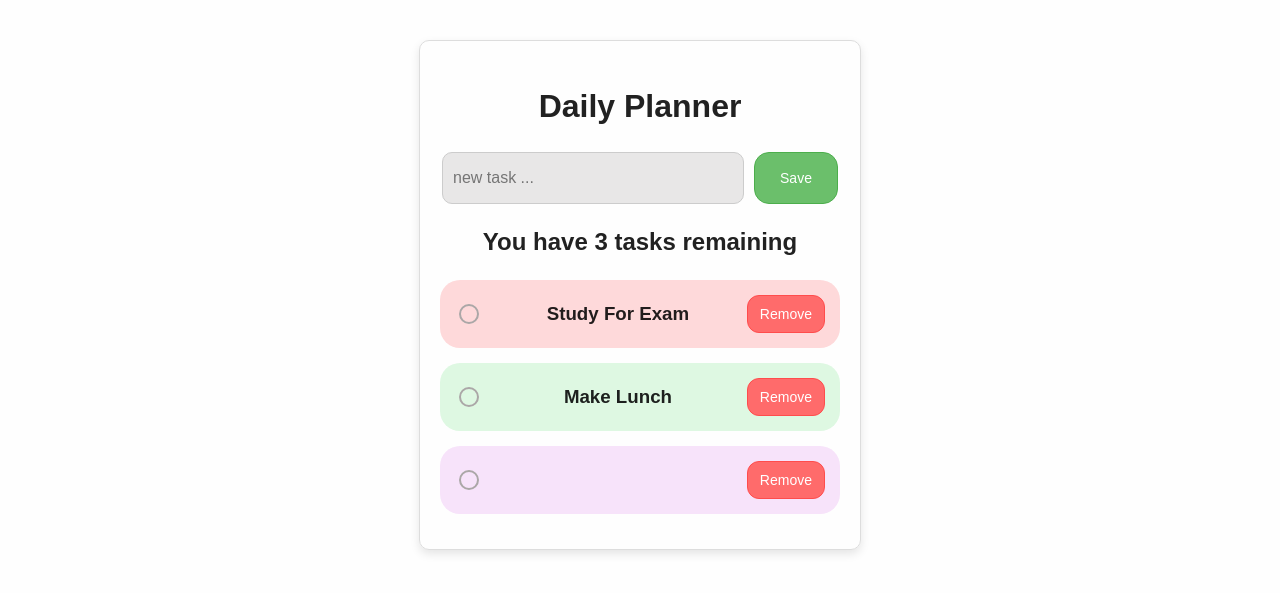
Repository: Zalida-Khan/Frontend-Lab4
Page: /
An editor plug-in stored every save of this project. The page is shown before and after the next save, followed by the edit.
The browser window is 1280 px wide. The pictures show the whole page.
The project was rebuilt for these pictures with package versions that can differ from the ones it lists, and the page was loaded fresh each time. Also part of the build but not shown: vite.config.js.

Above is the page before, as saved 2024-10-22 01:14:35.

### index.html
<!doctype html>
<html lang="en">

<head>
  <meta charset="UTF-8" />
  <link rel="icon" type="image/svg+xml" href="/vite.svg" />
  <meta name="viewport" content="width=device-width, initial-scale=1.0" />
  <title>Day Planner</title>
</head>

<body>
  <div id="root"></div>
  <script type="module" src="/src/main.jsx"></script>
</body>

</html>

### src/App.jsx
import "./App.css";
import React, { useState } from "react";
import Task from "./components/Task";
import TaskForm from "./components/TaskForm";

function App() {
  const [tasks, setTasks] = useState([
    { id: 1, text: "Study For Exam", completed: false },
    { id: 2, text: "Make Lunch", completed: false },
    { id: 3, text: "", completed: false },
  ]);

  const addTask = (text) =>
    setTasks([...tasks, { id: Date.now(), text, completed: false }]);

  const toggleTask = (id) =>
    setTasks(
      tasks.map((task) =>
        task.id === id ? { ...task, completed: !task.completed } : task
      )
    );

  const removeTask = (id) => setTasks(tasks.filter((task) => task.id !== id));

  const remainingTasks = tasks.filter((task) => !task.completed).length;

  return (
    <div className="app">
      <header>
        <h1>Daily Planner</h1>
      </header>
      <TaskForm addTask={addTask} />
      <h2>You have {remainingTasks} tasks remaining</h2>
      <div className="task-list">
        {tasks.map((task) => (
          <Task
            key={task.id}
            task={task}
            toggleTask={toggleTask}
            removeTask={removeTask}
          />
        ))}
      </div>
    </div>
  );
}

export default App;

### src/index.css
:root {
  font-family: Inter, system-ui, Avenir, Helvetica, Arial, sans-serif;
  line-height: 1.5;
  font-weight: 400;

  color-scheme: light dark;
  color: rgba(0, 0, 0, 0.87);
  background-color: #fefefe;

  font-synthesis: none;
  text-rendering: optimizeLegibility;
  -webkit-font-smoothing: antialiased;
  -moz-osx-font-smoothing: grayscale;
}

### src/App.css
#root {
  max-width: 1280px;
  margin: 0 auto;
  padding: 2rem;
  text-align: center;
}

.app {
  width: 400px;
  margin: 0 auto;
  padding: 20px;
  font-family: Arial, sans-serif;
  border: 1px solid #ddd;
  border-radius: 10px;
  box-shadow: 0 4px 10px rgba(0, 0, 0, 0.1);
}

.task-list {
  margin-top: 20px;
}

.task {
  display: flex;
  align-items: center;
  justify-content: space-between;
  margin-bottom: 15px;
  padding: 15px;
  border-radius: 20px;
}

.task:nth-child(6n+1) {
  background-color: #fed9da;
}

.task:nth-child(6n+2) {
  background-color: #def8e2;
}

.task:nth-child(6n+3) {
  background-color: #f7e3fa;
}

.task:nth-child(6n+4) {
  background-color: #ffe5db;
}

.task:nth-child(6n+5) {
  background-color: #fafcd4;
}

.task:nth-child(6n) {
  background-color: #dde0fa;
}

.task h3 {
  margin: 0;
  flex-grow: 1;
  text-decoration: none;
}

.task.completed h3 {
  text-decoration: line-through;
}

.checkmark {
  appearance: none;
  width: 20px;
  height: 20px;
  border-radius: 50%;
  border: 2px solid #aba7a7;
  background-color: transparent;
  display: flex;
  align-items: center;
  justify-content: center;
  cursor: pointer;
  margin-right: 10px;
}

.checkmark:checked {
  background-color: #d1e7dd;
  border: 2px solid #198754;
}

.checkmark:checked::after {
  content: '✓';
  color: rgb(0, 0, 0)
}

.delete-btn {
  padding: 10px 12px;
  border-radius: 12px;
  background-color: #ff6b6b;
  border: 1px solid #ff4c4c;
  color: white;
  cursor: pointer;
  font-size: 14px;
  transition: background-color 0.3s, transform 0.2s;
}

.delete-btn:hover {
  background-color: #ff4c4c;
  transform: scale(1.05);
}

.save-btn {
  padding: 17px 25px;
  border-radius: 15px;
  background-color: #6bbf6b;
  border: 1px solid #4cae4c;
  color: white;
  cursor: pointer;
  font-size: 14px;
  transition: background-color 0.3s, transform 0.2s;
}

.save-btn:hover {
  background-color: #4cae4c;
  transform: scale(1.05);
}

.input-field {
  width: 70%;
  height: 30px;
  padding: 10px;
  border-radius: 10px;
  background-color: #e8e7e7;
  margin-right: 10px;
  border: 1px solid #ccc;
  font-size: 16px;
  outline: none;
  color: black;
  transition: border-color 0.3s;
}

.input-field:focus {
  border-color: #000000;
}

.save-btn {
  padding: 17px 25px;
  border-radius: 15px;
  background-color: #6bbf6b;
  transition: background-color 0.3s, transform 0.2s;
}

.save-btn:hover {
  background-color: #4cae4c;
  transform: scale(1.05);
}

### src/components/Task.jsx
import React from 'react';

function Task({ task, toggleTask, removeTask }) {
  return (
    <div className={`task ${task.completed ? 'completed' : ''}`}>
      <input className="checkmark" type="checkbox" checked={task.completed} onChange={() => toggleTask(task.id)} />
      <h3>{task.text}</h3>
      <button className="delete-btn" onClick={() => removeTask(task.id)}>Remove</button>
    </div>
  );
}

export default Task;

### src/components/TaskForm.jsx
import React, { useState } from 'react';

function TaskForm({ addTask }) {
  const [text, setText] = useState('');

  const handleSubmit = (e) => {
    e.preventDefault();
    if (text.trim()) {
      addTask(text);
      setText('');
    }
  };

  return (
    <form onSubmit={handleSubmit}>
      <input className="input-field" type="text" value={text} onChange={(e) => setText(e.target.value)} placeholder="new task ..." />
      <button className="save-btn" type="submit">Save</button>
    </form>
  );
}

export default TaskForm;

Loaded but not shown: src/main.jsx (common file)

After the next save:
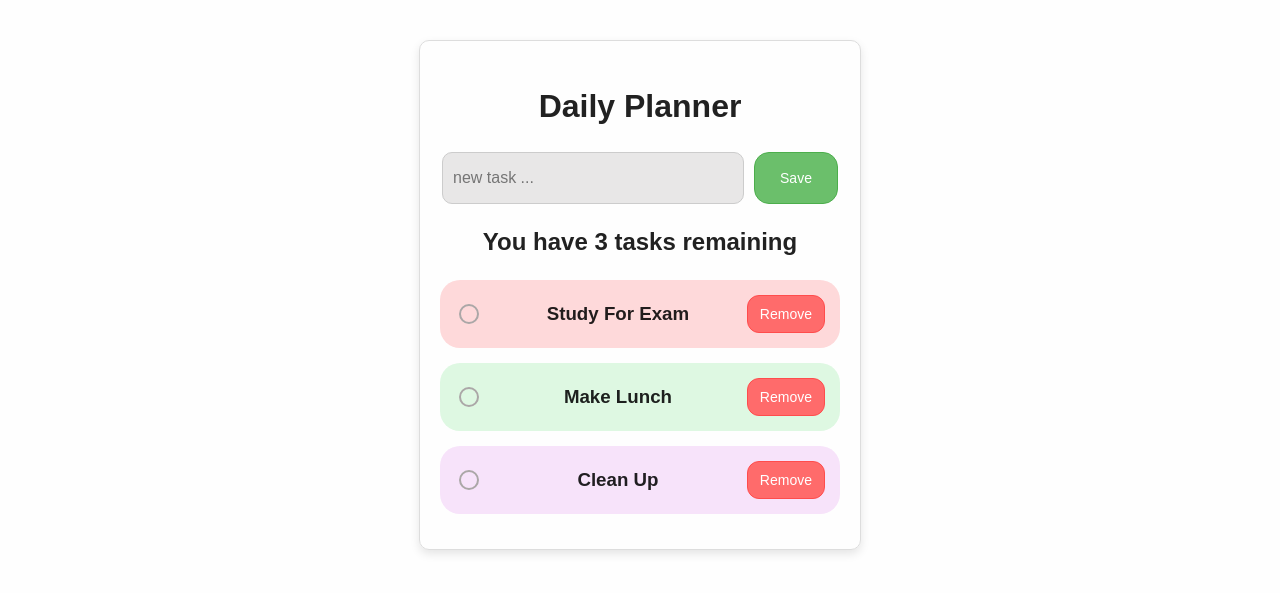
Saved 10 s later.
--- a/src/App.jsx
+++ b/src/App.jsx
@@ -7,7 +7,7 @@ function App() {
   const [tasks, setTasks] = useState([
     { id: 1, text: "Study For Exam", completed: false },
     { id: 2, text: "Make Lunch", completed: false },
-    { id: 3, text: "", completed: false },
+    { id: 3, text: "Clean Up", completed: false },
   ]);
 
   const addTask = (text) =>
